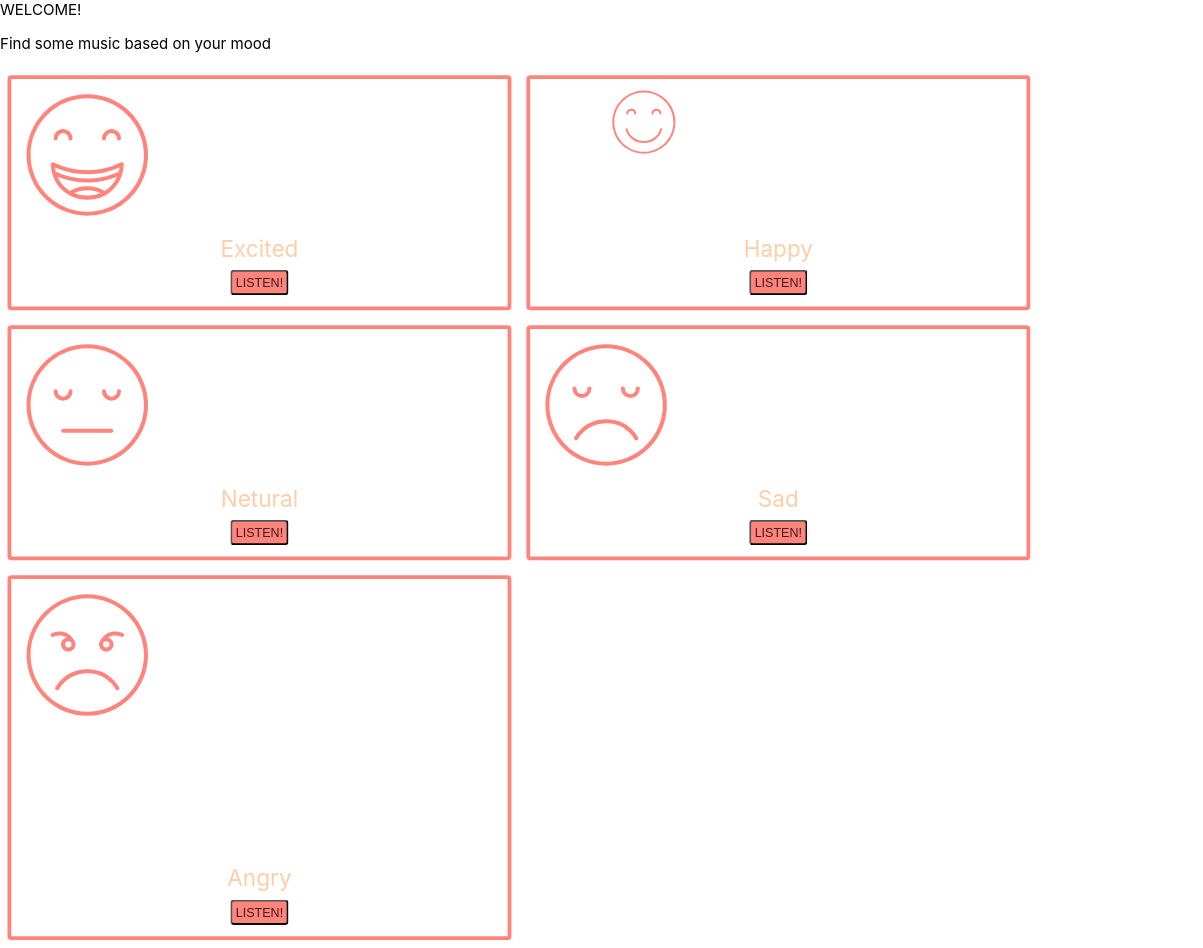
Repository: majakesin/moodify-app
Page: /
The author's editor kept a copy of each file at every save. The page is drawn from the files as they stood at one save, then again after the next save.
The browser window is 1280 px wide. The pictures show the whole page, at 94% of full size.
The project was rebuilt for these pictures with package versions that can differ from the ones it lists, and the page was loaded fresh each time.

Above is the page before, as saved 2023-08-21 13:08:07.

### public/index.html
<!DOCTYPE html>
<html lang="en">
  <head>
    <meta charset="utf-8" />
    <link rel="icon" href="%PUBLIC_URL%/logo.svg" />
    <meta name="viewport" content="width=device-width, initial-scale=1" />
    <meta name="theme-color" content="#000000" />
    <meta
      name="description"
      content="Moodify -- App that gives yours ears the best music based on your mood"
    />
    <link rel="apple-touch-icon" href="%PUBLIC_URL%/logo.svg" />
    <!--
      manifest.json provides metadata used when your web app is installed on a
      user's mobile device or desktop. See https://developers.google.com/web/fundamentals/web-app-manifest/
    -->
    <link rel="manifest" href="%PUBLIC_URL%/manifest.json" />
    <!--
      Notice the use of %PUBLIC_URL% in the tags above.
      It will be replaced with the URL of the `public` folder during the build.
      Only files inside the `public` folder can be referenced from the HTML.

      Unlike "/favicon.ico" or "favicon.ico", "%PUBLIC_URL%/favicon.ico" will
      work correctly both with client-side routing and a non-root public URL.
      Learn how to configure a non-root public URL by running `npm run build`.
    -->
    <title>Moodify</title>
  </head>
  <body>
    <noscript>You need to enable JavaScript to run this app.</noscript>
    <div id="root"></div>
    <!--
      This HTML file is a template.
      If you open it directly in the browser, you will see an empty page.

      You can add webfonts, meta tags, or analytics to this file.
      The build step will place the bundled scripts into the <body> tag.

      To begin the development, run `npm start` or `yarn start`.
      To create a production bundle, use `npm run build` or `yarn build`.
    -->
  </body>
</html>

### src/App.js
import "./App.css";
import ChooseMood from "./pages/ChooseMood";

function App() {
  return (
    <div className="App">
      <ChooseMood />
    </div>
  );
}

export default App;

### src/App.css
@import '../src//styles/variables.css';

button {
  border-radius: 4px;
  padding: 4px;
  margin: 4px;
  background-color: var(--third-color);
  color: var(--first-color);
}

button:hover {
  cursor: pointer;
}

### src/pages/ChooseMood/index.jsx
import { moods } from 'src/data/moods'
import Mood from 'src/components/Mood';

import styles from './index.module.css';

const ChooseMood = () => {

    return (
        <div>
            WELCOME!
            <p>Find some music based on your mood </p>
            <div className={styles['mood-list']}>
                {moods.map(({ type, icon }) => {
                    return (<Mood type={type} icon={icon} />)
                })}
            </div>
        </div>
    )

};

export default ChooseMood;

### src/styles/variables.css
:root,
:root.pink {
    --first-color: #45171d;
    --second-color: #e84a5f;
    --third-color: #ff847c;
    --fourth-color: #fecea8;
}
    :root.rainbow {
        --first-color: #cbf078;
        --second-color: #f8f398;
        --third-color: #f1b963;
        --fourth-color: #e46161;
    }
    :root.blue {
        --first-color: #5585b5;
        --second-color: #53a8b6;
        --third-color: #79c2d0;
        --fourth-color: #bbe4e9;
    }

### src/data/moods.js
export const moods = [
    {
        type: 'Excited',
        icon: <svg id="SvgjsSvg1081" xmlns="http://www.w3.org/2000/svg" version="1.1" xmlnsXlink="http://www.w3.org/1999/xlink" xmlnsSvgjs="http://svgjs.com/svgjs">
                <defs id="SvgjsDefs1082"></defs>
                <g id="SvgjsG1083">
                    <svg   preserveAspectRatio="xMidYMid meet" xmlns="http://www.w3.org/2000/svg" data-name="Layer 1" viewBox="0 0 1012 1012" width="288" height="288">
                        <path fill="currentcolor" d="M416.51318,95.48682A226.99992,226.99992,0,1,0,95.48682,416.51318,226.99992,226.99992,0,1,0,416.51318,95.48682ZM256,468C139.103,468,44,372.897,44,256S139.103,44,256,44s212,95.103,212,212S372.897,468,256,468ZM137.5,202a7.50006,7.50006,0,0,0,7.5-7.5,20.5,20.5,0,0,1,41,0,7.5,7.5,0,0,0,15,0,35.5,35.5,0,0,0-71,0A7.50006,7.50006,0,0,0,137.5,202Zm181,0a7.50006,7.50006,0,0,0,7.5-7.5,20.5,20.5,0,0,1,41,0,7.5,7.5,0,0,0,15,0,35.5,35.5,0,0,0-71,0A7.50006,7.50006,0,0,0,318.5,202Zm69.95947,82.13037a7.49875,7.49875,0,0,0-7.27832-.356A284.51645,284.51645,0,0,1,257.5,313h-1.48a284.55042,284.55042,0,0,1-125.2002-29.2251A7.4999,7.4999,0,0,0,120,290.5a132.31839,132.31839,0,0,0,79.15625,121.32324A131.47888,131.47888,0,0,0,252.5,423h7a132.5854,132.5854,0,0,0,127.794-97.37988A133.06894,133.06894,0,0,0,392,290.5,7.5003,7.5003,0,0,0,388.45947,284.13037ZM259.5,408h-7a116.58888,116.58888,0,0,1-46.02222-9.36157C219.72205,391.8783,237.33752,388,256.002,388c18.66236,0,36.27466,3.87708,49.51734,10.63538A116.56076,116.56076,0,0,1,259.5,408Zm83.08691-34.41309a117.56809,117.56809,0,0,1-21.38024,16.93219C305.07166,379.48517,281.17847,373,256.002,373c-25.18383,0-49.0852,6.48932-65.22168,17.52966a116.81051,116.81051,0,0,1-46.07495-53.13611,299.90773,299.90773,0,0,0,111.31323,21.61036c.5044,0,1.01612-.00147,1.52051-.00391A300.023,300.023,0,0,0,367.2478,337.40454,117.86031,117.86031,0,0,1,342.58691,373.58691ZM373.6593,318.347A284.8703,284.8703,0,0,1,257.46094,344c-.49219.00293-.97412.00391-1.46387.00391a284.90227,284.90227,0,0,1-117.65942-25.65967,117.74477,117.74477,0,0,1-2.72388-15.77832A299.64178,299.64178,0,0,0,256.02,328h1.519a299.80874,299.80874,0,0,0,118.84668-25.43555A117.6884,117.6884,0,0,1,373.6593,318.347Z" class="color2c2b2d svgShape"></path>
                    </svg>
                </g>
             </svg>
    },
    {
        type: 'Happy',
        icon: <svg id="SvgjsSvg1102" xmlns="http://www.w3.org/2000/svg" version="1.1" xmlnsXlink="http://www.w3.org/1999/xlink" xmlnsSvgjs="http://svgjs.com/svgjs">
                <defs id="SvgjsDefs1103"></defs>
                <g id="SvgjsG1104">
                    <svg xmlns="http://www.w3.org/2000/svg" data-name="Layer 1" viewBox="0 0 1012 1012" >
                        <path fill="currentcolor" d="M382.042,299.40674a7.496,7.496,0,0,0-9.21582,5.251A117.42927,117.42927,0,0,1,259.5,391h-7a117.41578,117.41578,0,0,1-113.32715-86.33447,7.49971,7.49971,0,1,0-14.46484,3.96875A132.417,132.417,0,0,0,252.5,406h7a132.58733,132.58733,0,0,0,127.793-97.37744A7.4999,7.4999,0,0,0,382.042,299.40674ZM416.51367,95.48682A227.00026,227.00026,0,0,0,95.48633,416.51318,227.00026,227.00026,0,0,0,416.51367,95.48682ZM256,468C139.10254,468,44,372.897,44,256S139.10254,44,256,44s212,95.103,212,212S372.89746,468,256,468ZM137.5,202a7.49974,7.49974,0,0,0,7.5-7.5,20.5,20.5,0,0,1,41,0,7.5,7.5,0,0,0,15,0,35.5,35.5,0,0,0-71,0A7.49974,7.49974,0,0,0,137.5,202Zm181,0a7.49974,7.49974,0,0,0,7.5-7.5,20.5,20.5,0,0,1,41,0,7.5,7.5,0,0,0,15,0,35.5,35.5,0,0,0-71,0A7.49974,7.49974,0,0,0,318.5,202Z" class="color2c2b2d svgShape"></path>
                    </svg>
                </g>
            </svg> ,
    },
    {
        type: 'Netural',
        icon: <svg id="SvgjsSvg1123" width="288" xmlns="http://www.w3.org/2000/svg" version="1.1" xmlnsXlink="http://www.w3.org/1999/xlink" xmlnsSvgjs="http://svgjs.com/svgjs">
                <defs id="SvgjsDefs1124"></defs>
                <g id="SvgjsG1125">
                    <svg xmlns="http://www.w3.org/2000/svg" data-name="Layer 1" viewBox="0 0 1012 1012" width="288" height="288">
                        <path fill="currentcolor" d="M201,204.5a7.5,7.5,0,0,0-15,0,20.5,20.5,0,0,1-41,0,7.5,7.5,0,0,0-15,0,35.5,35.5,0,0,0,71,0ZM374.5,197a7.50006,7.50006,0,0,0-7.5,7.5,20.5,20.5,0,0,1-41,0,7.5,7.5,0,0,0-15,0,35.5,35.5,0,0,0,71,0A7.50006,7.50006,0,0,0,374.5,197ZM416.51318,95.48682A226.99992,226.99992,0,1,0,95.48682,416.51318,226.99992,226.99992,0,1,0,416.51318,95.48682ZM256,468C139.103,468,44,372.897,44,256S139.103,44,256,44s212,95.103,212,212S372.897,468,256,468Zm90-123H166a7.5,7.5,0,0,0,0,15H346a7.5,7.5,0,0,0,0-15Z" class="color2c2b2d svgShape"></path>
                    </svg>
                </g>
            </svg>,
    },
    {
        type: 'Sad',
        icon: <svg id="SvgjsSvg1193" width="288" xmlns="http://www.w3.org/2000/svg" version="1.1" xmlnsXlink="http://www.w3.org/1999/xlink" xmlnsSvgjs="http://svgjs.com/svgjs">
                <defs id="SvgjsDefs1194"></defs>
                <g id="SvgjsG1195">
                    <svg xmlns="http://www.w3.org/2000/svg" data-name="Layer 1" viewBox="0 0 1012 1012" width="288" height="288">
                         <path fill="currentcolor" d="M165.5,230A35.54028,35.54028,0,0,0,201,194.5a7.5,7.5,0,0,0-15,0,20.5,20.5,0,0,1-41,0,7.5,7.5,0,0,0-15,0A35.54028,35.54028,0,0,0,165.5,230Zm209-43a7.50006,7.50006,0,0,0-7.5,7.5,20.5,20.5,0,0,1-41,0,7.5,7.5,0,0,0-15,0,35.5,35.5,0,0,0,71,0A7.50006,7.50006,0,0,0,374.5,187ZM353.19336,347.94678A132.16887,132.16887,0,0,0,259.5,309.14014h-7a131.47793,131.47793,0,0,0-53.34082,11.17529,133.55143,133.55143,0,0,0-62.24854,56.51221,7.50013,7.50013,0,0,0,13.07911,7.34472,118.4576,118.4576,0,0,1,55.21435-50.1289A116.57358,116.57358,0,0,1,252.5,324.14014h7a117.16738,117.16738,0,0,1,83.08691,34.41308,117.92616,117.92616,0,0,1,19.42432,25.62061,7.5,7.5,0,0,0,13.07715-7.34766A132.92018,132.92018,0,0,0,353.19336,347.94678Zm63.31982-252.46A226.99992,226.99992,0,1,0,95.48682,416.51318,226.99992,226.99992,0,1,0,416.51318,95.48682ZM256,468C139.103,468,44,372.897,44,256S139.103,44,256,44s212,95.103,212,212S372.897,468,256,468Z" class="color2c2b2d svgShape"></path>
                    </svg>
                </g>
            </svg>,
    },
    {
        type: 'Angry',
        icon: <svg xmlns="http://www.w3.org/2000/svg" data-name="Layer 1" viewBox="0 0 1012 1012" width="288" height="288">
                <path fill="currentcolor" d="M353.19336,347.94629A132.1737,132.1737,0,0,0,259.5,309.13965h-7a131.5101,131.5101,0,0,0-53.3418,11.17578,133.55212,133.55212,0,0,0-62.24707,56.51172,7.49995,7.49995,0,0,0,13.07813,7.3457A118.46814,118.46814,0,0,1,205.20313,334.043,116.60013,116.60013,0,0,1,252.5,324.13965h7a117.16506,117.16506,0,0,1,83.08691,34.41406,117.92838,117.92838,0,0,1,19.42481,25.62012,7.49957,7.49957,0,1,0,13.07617-7.34766A132.91978,132.91978,0,0,0,353.19336,347.94629ZM416.51367,95.48682A227.00044,227.00044,0,0,0,95.48633,416.51367,227.00044,227.00044,0,0,0,416.51367,95.48682ZM256,468C139.10254,468,44,372.89746,44,256,44,139.103,139.10254,44,256,44s212,95.103,212,212C468,372.89746,372.89746,468,256,468ZM175.12207,188.29736c.96533.53955,1.88086,1.10938,2.769,1.69336a27.02454,27.02454,0,1,0,28.58863,9.52246,62.7776,62.7776,0,0,0-24.04029-24.31005c-27.82519-15.55176-56.1748-2.73292-59.31445-1.21973a7.49994,7.49994,0,1,0,6.50977,13.51367C132.05762,186.33057,153.91113,176.44189,175.12207,188.29736ZM185.12012,204a12,12,0,1,1-12,12A12.01344,12.01344,0,0,1,185.12012,204ZM388.875,173.9834c-3.1416-1.51367-31.49121-14.33447-59.31348,1.21924a62.778,62.778,0,0,0-24.04126,24.31054,26.989,26.989,0,1,0,28.58887-9.52234c.88843-.58435,1.804-1.15429,2.76978-1.694,21.21191-11.85743,43.06347-1.96631,45.48632-.79981A7.49994,7.49994,0,1,0,388.875,173.9834ZM338.87988,216a12,12,0,1,1-12-12A12.01343,12.01343,0,0,1,338.87988,216Z" class="color2c2b2d svgShape"></path>
              </svg>,
    }

]

### src/components/Mood/index.jsx
import styles from './index.module.css';

const Mood = (props) => {

    const { type, icon } = props;

    return (
        <div className={styles.card}>
            <div className={styles.icon}>
                {icon}
            </div>
            <div className={styles.content}>
               <span className={styles.title}> {type} </span>
             <button> LISTEN!</button>
            </div>
        </div>
    )
};

export default Mood;

### src/pages/ChooseMood/index.module.css

.wrap {
 color: var(--first-color);
}

.mood-list {
    display: flex;
    flex-direction: row;
    flex-wrap: wrap;
}

### src/components/Mood/index.module.css

@import '../../styles/variables.css';

.card {
    border: 4px solid var(--third-color);
    border-radius: 4px;
    margin: 8px;
    padding: 8px;
    width: 40vw;
}

.icon {
    color: var(--third-color);
}

.content {
    display: flex;
    flex-direction: column;
    align-items: center;

}

.title {
    font-size: 24px;
    color: var(--fourth-color);
    margin: 4px;
}

Loaded but not shown: src/index.js (common file); src/index.css (common file); src/reportWebVitals.js (common file)

After the next save:
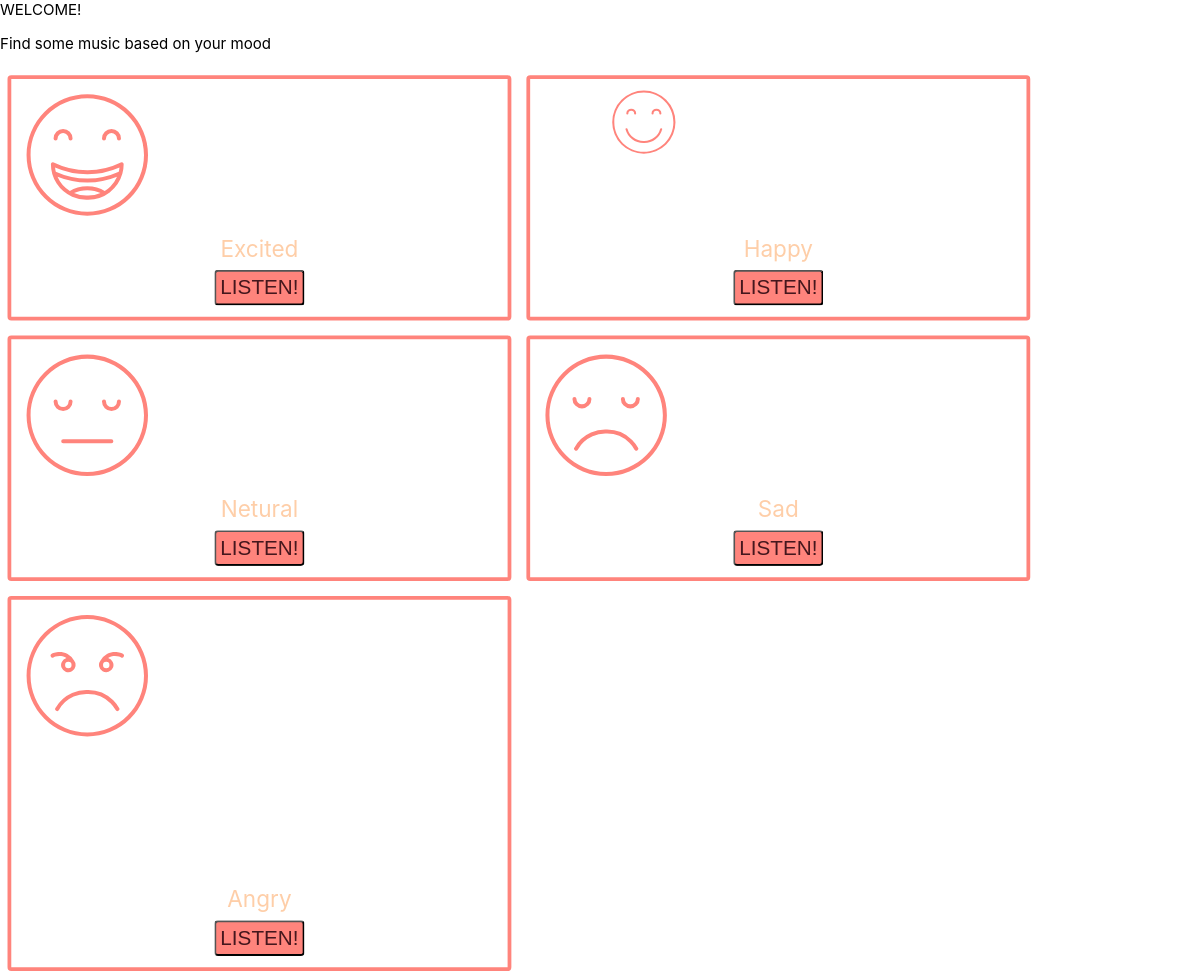
Saved 8 s later.
--- a/src/App.css
+++ b/src/App.css
@@ -3,6 +3,7 @@
 button {
   border-radius: 4px;
   padding: 4px;
+  font-size: 22px;;
   margin: 4px;
   background-color: var(--third-color);
   color: var(--first-color);
